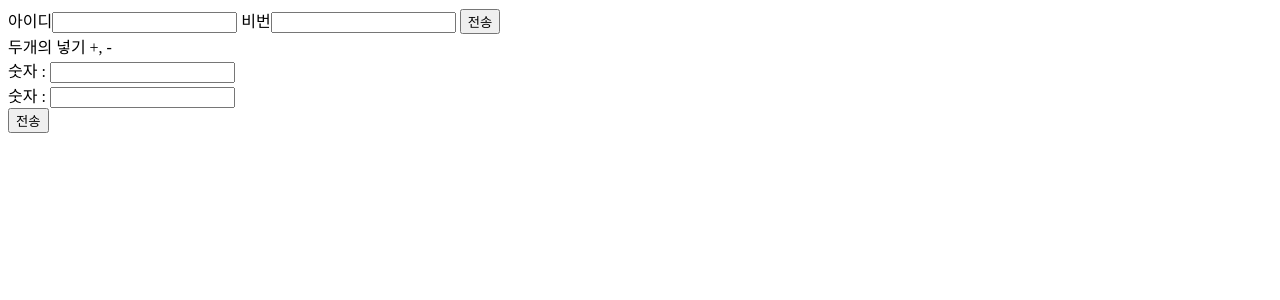
Repository: dron512/jspsogo
Page: http://localhost/ex0315/a.jsp
An editor plug-in stored every save of this project. The page is shown before and after the next save, followed by the edit.
The browser window is 1280 px wide. The pictures show the whole page.
The page is served by Tomcat 9.

Above is the page before, as saved 2022-03-15 05:02:41.

After the next save:
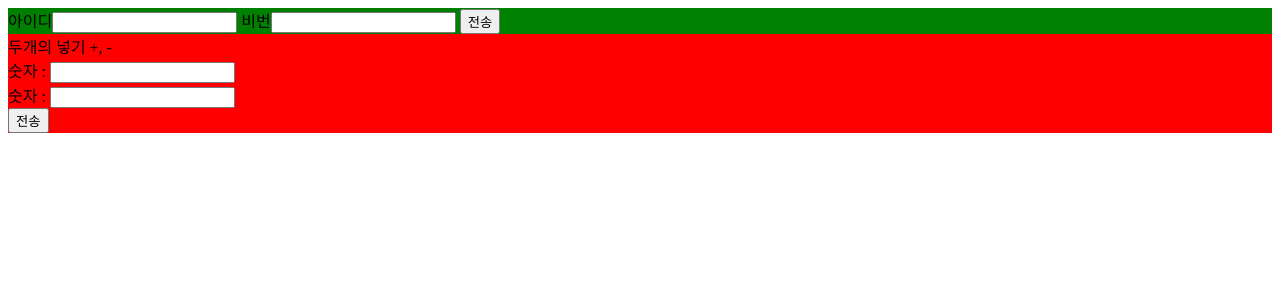
Saved 37 s later.
--- a/jsp_work2-2/ex0315/src/main/webapp/a.jsp
+++ b/jsp_work2-2/ex0315/src/main/webapp/a.jsp
@@ -6,10 +6,10 @@
 <title>Insert title here</title>
 <style type="text/css">
 	#adiv{
-
+		background-color: green;
 	}
 	#bdiv{
-
+		background-color: red;
 	}
 </style>
 </head>
